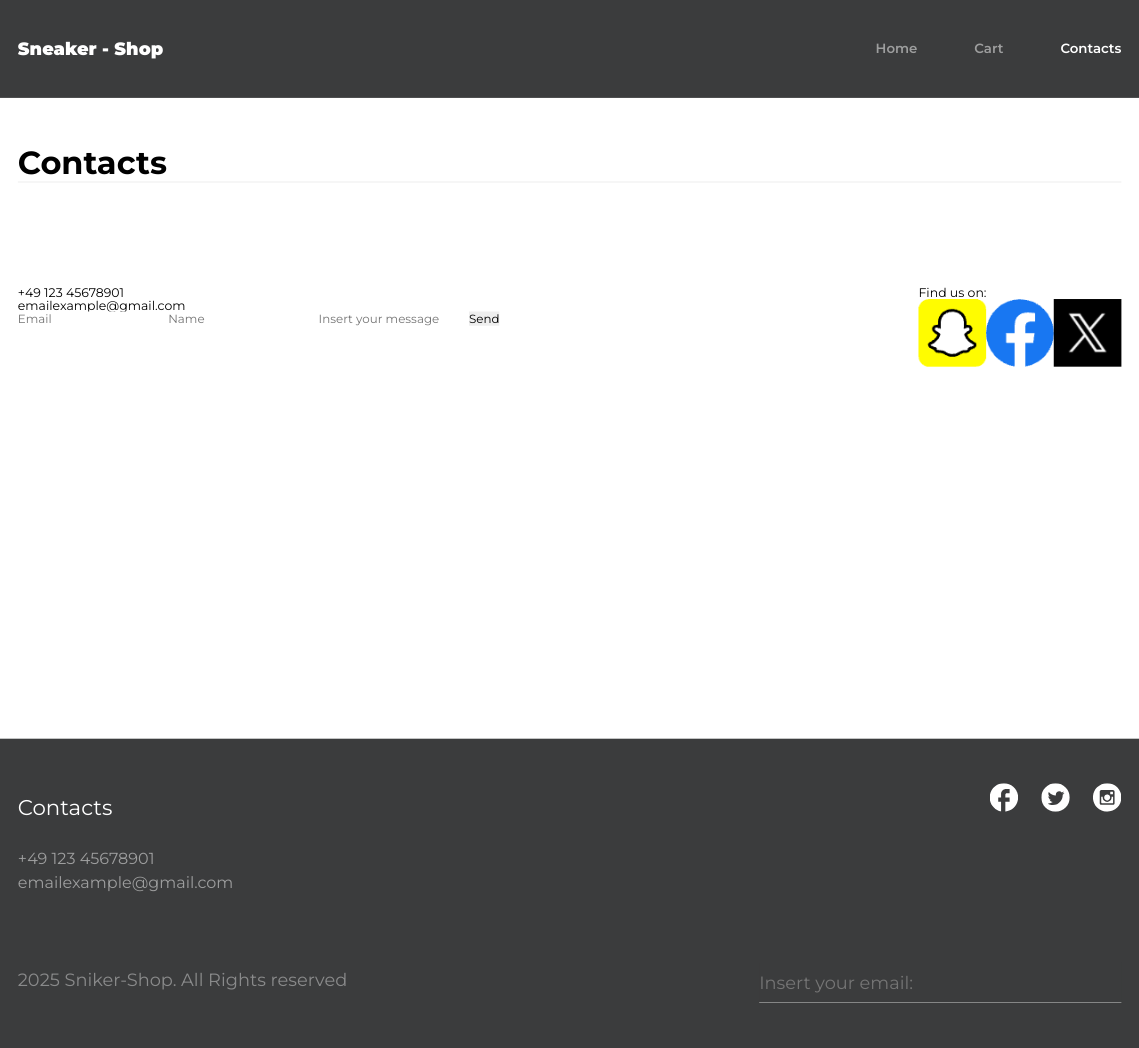
Repository: IstratiiNik/sneaker-shop
Page: /contacts
An editor plug-in stored every save of this project. The page is shown before and after a run of saves, followed by the edit.
The browser window is 1280 px wide. The pictures show the whole page, at 89% of full size.
The page's requests for data from a server got no answer. The project was rebuilt for these pictures with package versions that can differ from the ones it lists, and the page was loaded fresh each time. No one was signed in, and anything a server would have sent is missing. Also part of the build but not shown: vite.config.js, src/components/News/News.module.scss, src/components/News/News.jsx, src/components/ProductCard/ProductCard.module.scss, src/components/ProductCard/ProductCard.jsx, src/components/Main/Main.module.scss, src/components/Main/Main.jsx, src/components/CartCard/CartCard.module.scss and 3 more.

Above is the page before, as saved 2025-07-03 11:24:28.

After the next 2 saves:
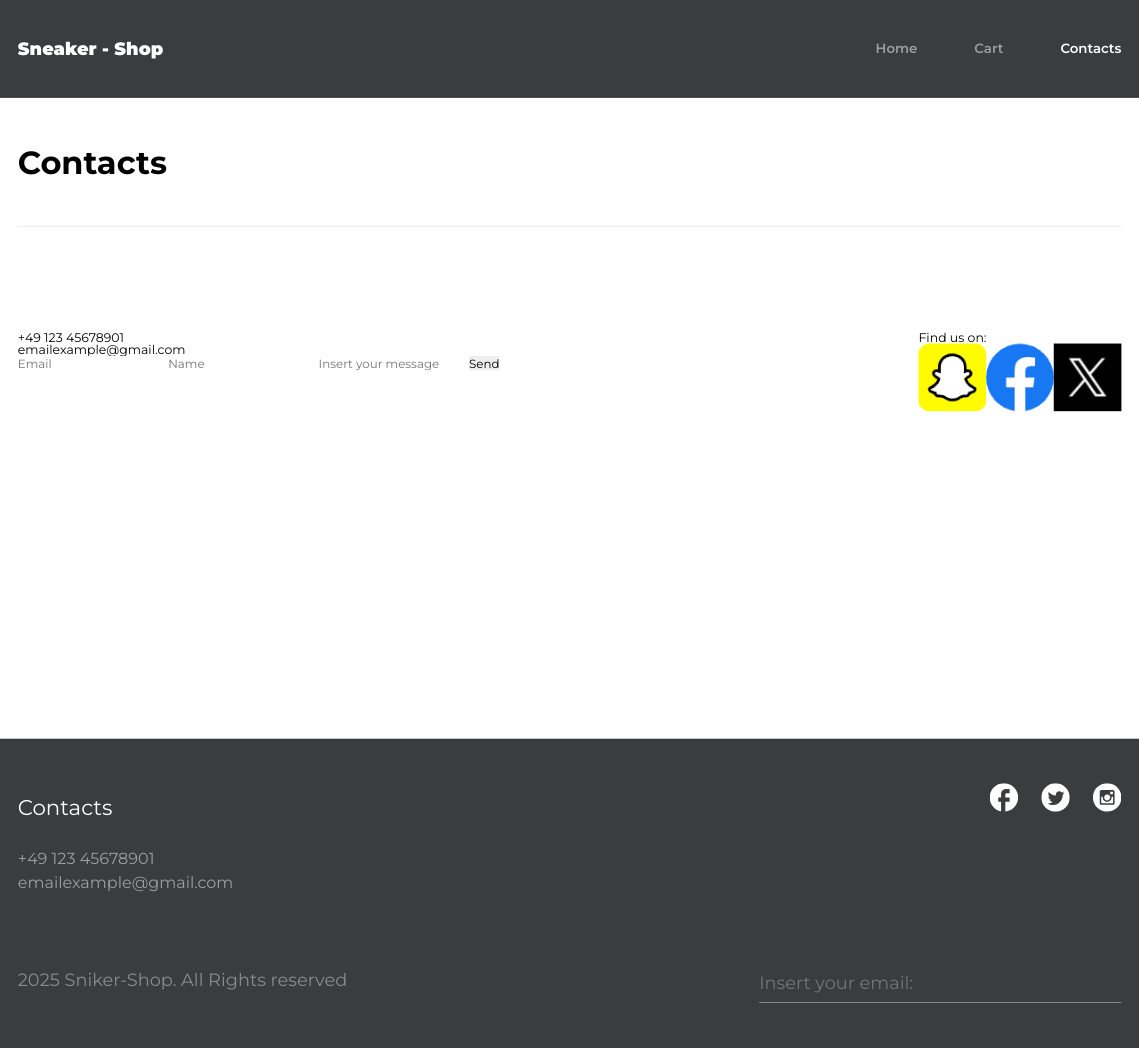
The 2 saves are shown as one change because they came seconds apart.
The last was saved 5 s later.
--- a/src/components/Contacts/Contacts.module.scss
+++ b/src/components/Contacts/Contacts.module.scss
@@ -9,6 +9,7 @@
     font-weight: 700;
     line-height: 44px;
     margin-bottom: 117px;
+    padding-bottom: 50px;
     border-bottom: 1px solid rgb(234, 234, 234);
   }
 }
